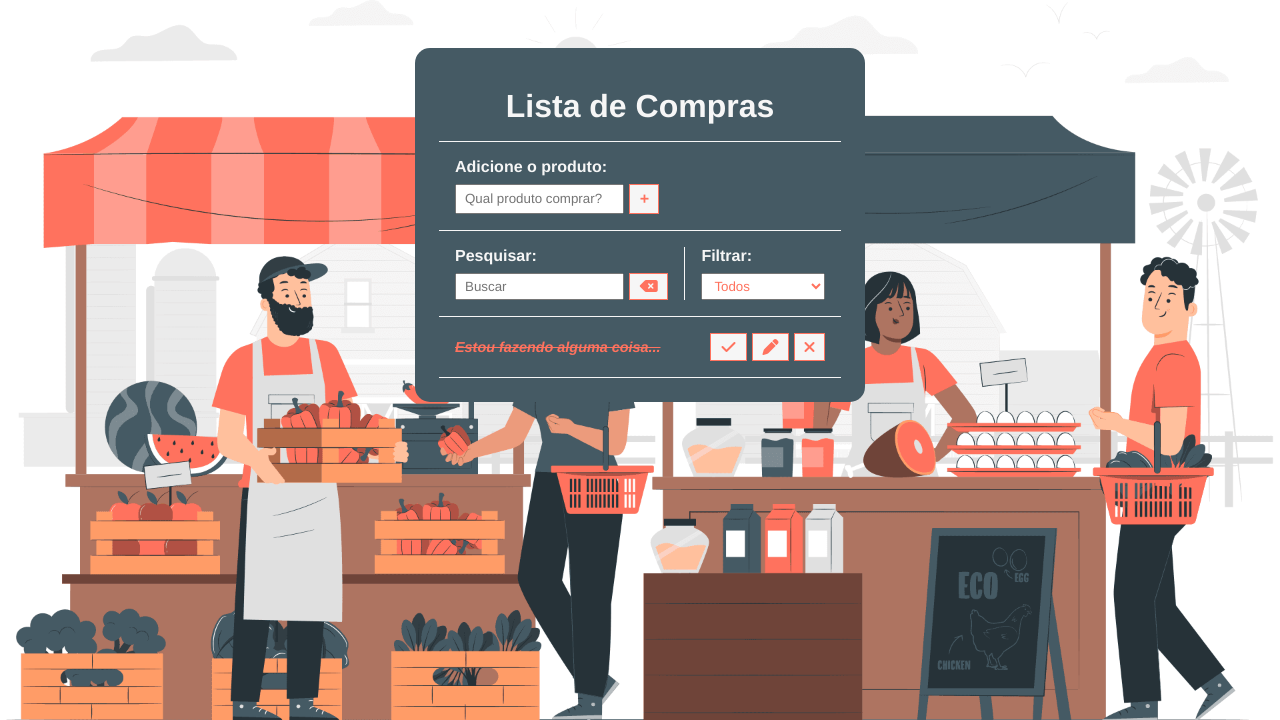
Repository: Dkrvalho/mercado
Page: index.html
These files come from the project's save history. The page is drawn as it stood at one moment and after the next save; the edit follows.
The browser window is 1280 px wide. The pictures show the whole page.

Above is the page before, as saved 2023-01-09 15:51:46.

### index.html
<!DOCTYPE html>
<html lang="en">
<head>
    <meta charset="UTF-8">
    <meta http-equiv="X-UA-Compatible" content="IE=edge">
    <meta name="viewport" content="width=device-width, initial-scale=1.0">
    <!-- CSS -->
    <link rel="stylesheet" href="css/style.css">
    <!-- Font Awesome -->
    <link rel="stylesheet" href="https://cdnjs.cloudflare.com/ajax/libs/font-awesome/6.2.1/css/all.min.css" integrity="sha512-MV7K8+y+gLIBoVD59lQIYicR65iaqukzvf/nwasF0nqhPay5w/9lJmVM2hMDcnK1OnMGCdVK+iQrJ7lzPJQd1w==" crossorigin="anonymous" referrerpolicy="no-referrer" />
    <!-- JS -->
    <script src="js/script.js" defer></script>
    <!-- defer faz com que o js seja carregado após o html -->
    <title>Lista de Compras</title>
</head>
<body>
    <main class="container">
        <header>
            <h1>Lista de Compras</h1>
        </header>
        <form id="todo-form">
            <p>Adicione o produto:</p>
            <div class="form-control">
                <input type="text" id="todo-input" placeholder="Qual produto comprar?">
                <button type="submit">
                    <i class="fa-thin fa-plus"></i>
                </button>
            </div>
        </form>
        <form id="edit-form" class="hide">
            <p>Edite o produto</p>
            <div id="form-control">
                <input type="text" id="edit-input">
                <button type="submit">
                    <i class="fa-solid fa-check-double"></i>
                </button>
            </div>
            <button id="cancel-edit-btn">Cancelar</button>
        </form>
        <div id="toolbar">
            <div id="search">
                <h4>Pesquisar:</h4>
                <form>
                    <input type="text" id="search-input" placeholder="Buscar">
                    <button id="erase-btn">
                        <i class="fa-solid fa-delete-left"></i>
                    </button>
                </form>
            </div>
            <div id="filter">
                <h4>Filtrar:</h4>
                <select id="filter-select">
                    <option value="all">Todos</option>
                    <option value="done">Comprados</option>
                    <option value="todo">A comprar</option>
                </select>
            </div>
        </div>
        <div id="todo-list">
            <div class="todo done">
                <h3>Estou fazendo alguma coisa...</h3>
                <button class="finish-todo">
                    <i class="fa-solid fa-check"></i>
                </button>
                <button class="edit-todo">
                    <i class="fa-solid fa-pen"></i>
                </button>
                <button class="remove-todo">
                    <i class="fa-solid fa-xmark"></i>
                </button>
            </div>
        </div>
    </main>
</body>
</html>

### css/style.css
/* Geral */
* {
    padding: 0;
    margin: 0;
    font-family: Helvetica, sans-serif, Arial;
    color: #f6f6f6;
    box-sizing: border-box;
}

html {
    background: url(../img/fundo.png) no-repeat center center fixed;
    -webkit-background-size: cover;
    -moz-background-size: cover;
    -o-background-size: cover;
    background-size: cover;
  }

button {
    background-color: #f6f6f6;
    color: #ff725e;
    border: 1px solid #ff725e;
    padding: .3rem .6rem;
    font-size: 1rem;
    cursor: pointer;
    display: flex;
    justify-content: center;
    align-items: center;
    transition: .4s;
}

button:hover {
    background-color: #ff725e;
    color: #f6f6f6;
}

button:hover > i {
    color: #f6f6f6;
}

button i {
    color: #ff725e;
    font-weight: bold;
    pointer-events: none;
}

input, select {
    padding: .25rem .5rem;
}

input, select, textarea{
    color: #455a64;
}

textarea:focus, input:focus {
    color: #455a64;
}

.hide {
    display: none;
}

/* To Do Header */
.container {
    max-width: 450px;
    margin: 3rem auto;
    background-color: #455a64;
    padding: 1.5rem;
    border-radius: 15px;
}

.container header {
    text-align: center;
    padding: 1rem 1rem;
    border-bottom: 1.5px solid #f6f6f6;
}

/* Form */
#todo-form, #edit-form {
    padding: 1rem;
    border-bottom: 1.5px solid #f6f6f6;
}

#todo-form p, #edit-form p {
    margin-bottom: .5rem;
    font-weight: bold;
}

.form-control {
    display: flex;
}

.form-control input {
    margin-right: .3rem;
}

#cancel-edit-btn {
    margin-top: 1rem;
}

/* To Do toolbar */
#toolbar {
    padding: 1rem;
    border-bottom: 1.5px solid #f6f6f6;
    display: flex;
}

#toolbar h4 {
    margin-bottom: .5rem;
}

#search {
    border-right: 1.5px solid #f6f6f6;
    padding-right: 1rem;
    margin-right: 1rem;
    width: 65%;
    display: flex;
    flex-direction: column;
}

#search form {
    display: flex;
}

#search input {
    width: 100%;
    margin-right: .3rem;
}

#filter {
    width: 35%;
    display: flex;
    flex-direction: column;
}

#filter select {
    flex: 1;
    color: #ff725e;
}

#filter select option {
    color: #ff725e;
}

/* To Do List */

.todo {
    display: flex;
    justify-content: space-around;
    align-items: center;
    padding: 1rem;
    border-bottom: 1px solid #f6f6f6;
    transition: .4s;
}

.todo h3 {
    flex: 1;
    font-size: .9rem;
}

.todo button {
    margin-left: .3rem;
}

.done h3 {
    color: #ff725e;
    text-decoration: line-through;
    font-style: italic;
}

Loaded but not shown: js/script.js (no copy from this time; the picture is the same without it)

After the next save:
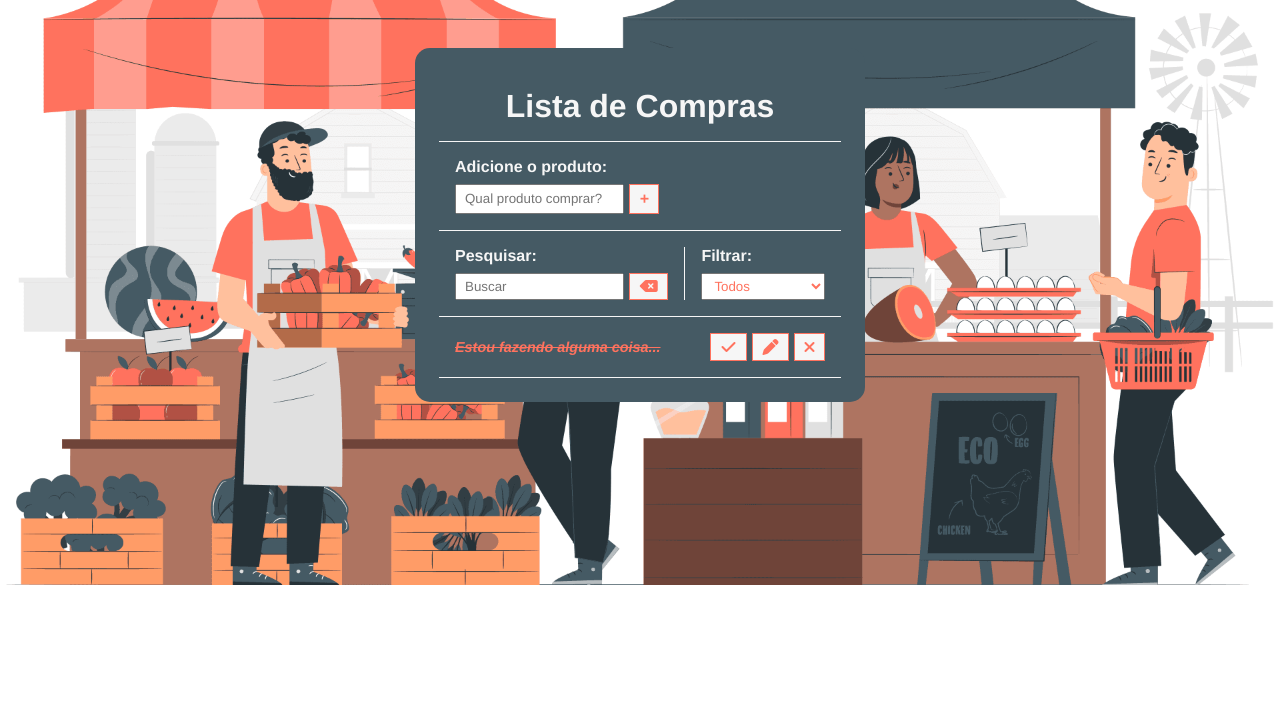
Saved 2 h 12 min later.
--- a/css/style.css
+++ b/css/style.css
@@ -8,7 +8,7 @@
 }
 
 html {
-    background: url(../img/fundo.png) no-repeat center center fixed;
+    background: url(../img/fundo.png) no-repeat center center ;
     -webkit-background-size: cover;
     -moz-background-size: cover;
     -o-background-size: cover;

After the save that followed:
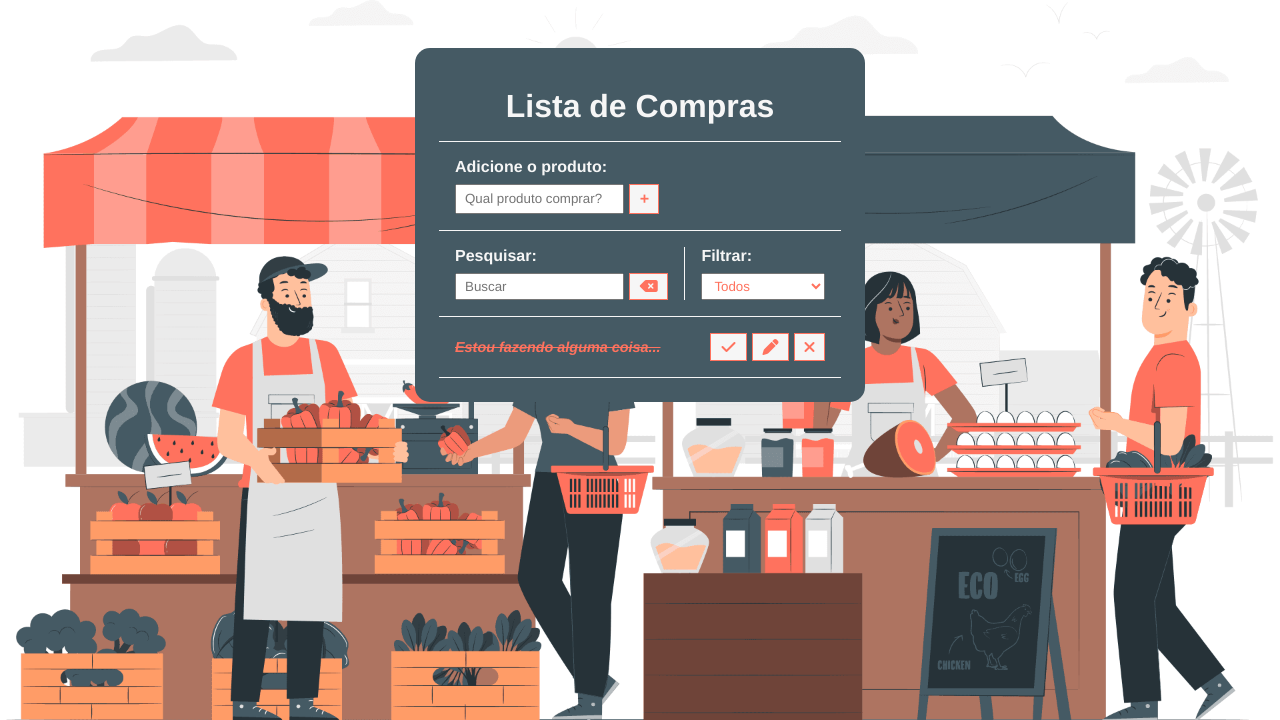
Saved 4 s later.
--- a/css/style.css
+++ b/css/style.css
@@ -8,7 +8,7 @@
 }
 
 html {
-    background: url(../img/fundo.png) no-repeat center center ;
+    background: url(../img/fundo.png) no-repeat center center fixed;
     -webkit-background-size: cover;
     -moz-background-size: cover;
     -o-background-size: cover;
